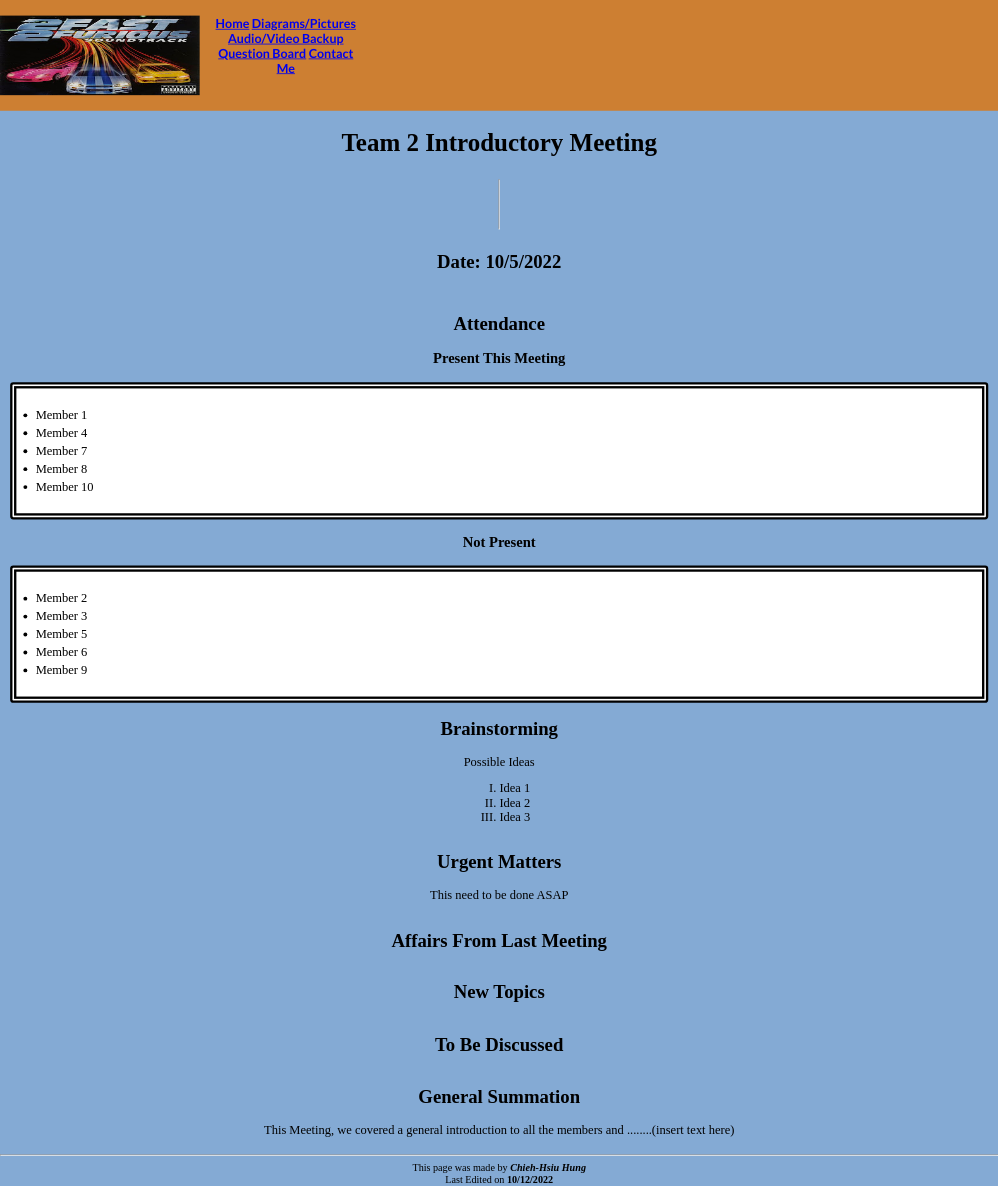
Repository: Chieh0501/fa22-cse110-lab3
Page: index.html
These files come from the project's save history. The page is drawn as it stood at one moment and after the next save; the edit follows.
The browser window is 1280 px wide. The pictures show the whole page, at 78% of full size.

Above is the page before, as saved 2022-10-12 13:07:39.

After the next save:
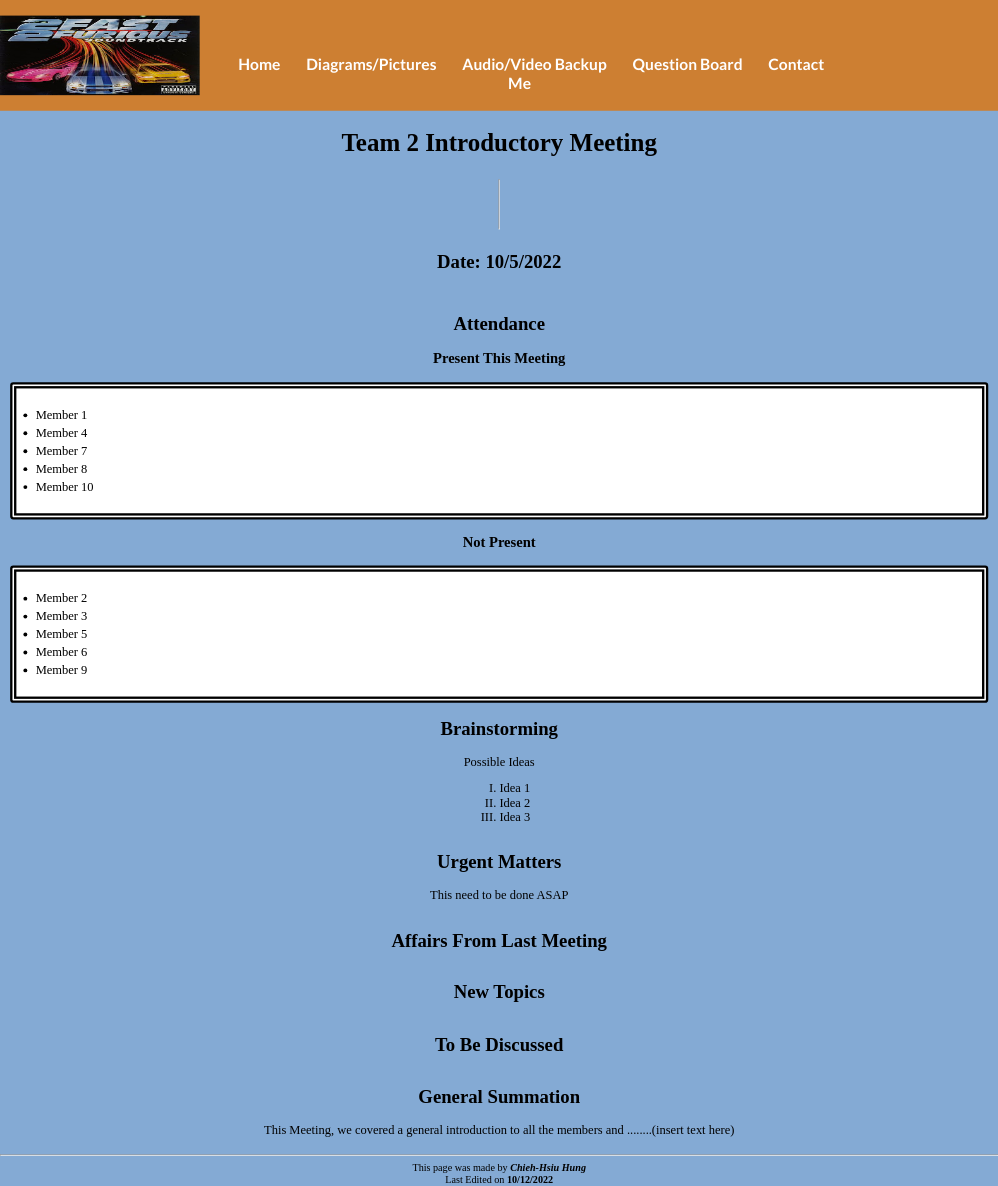
Saved 45 s later.
--- a/index.html
+++ b/index.html
@@ -23,8 +23,8 @@
 
 <body>
 	<header>
-		<img src="images/logo.png" alt="Demo Team Logo" name="logo" id="logo">
-		<nav name="navBar">
+		<img src="images/logo.png" alt="Demo Team Logo" class="logo" id="logo">
+		<nav class="navBar">
 			<a href="index.html">Home</a>
 			<a href="images.html">Diagrams/Pictures</a>
 			<a href="multimedia.html">Audio/Video Backup</a>
@@ -36,7 +36,7 @@
 	<main>
 		<h1 id="top">Team 2 Introductory Meeting</h1>
 		<hr />
-		<h2 name="date">Date: 10/5/2022</h2>
+		<h2 id="date">Date: 10/5/2022</h2>
 		<section id="attendance">
 			<h2>Attendance</h2>
 			<!-- <form>
